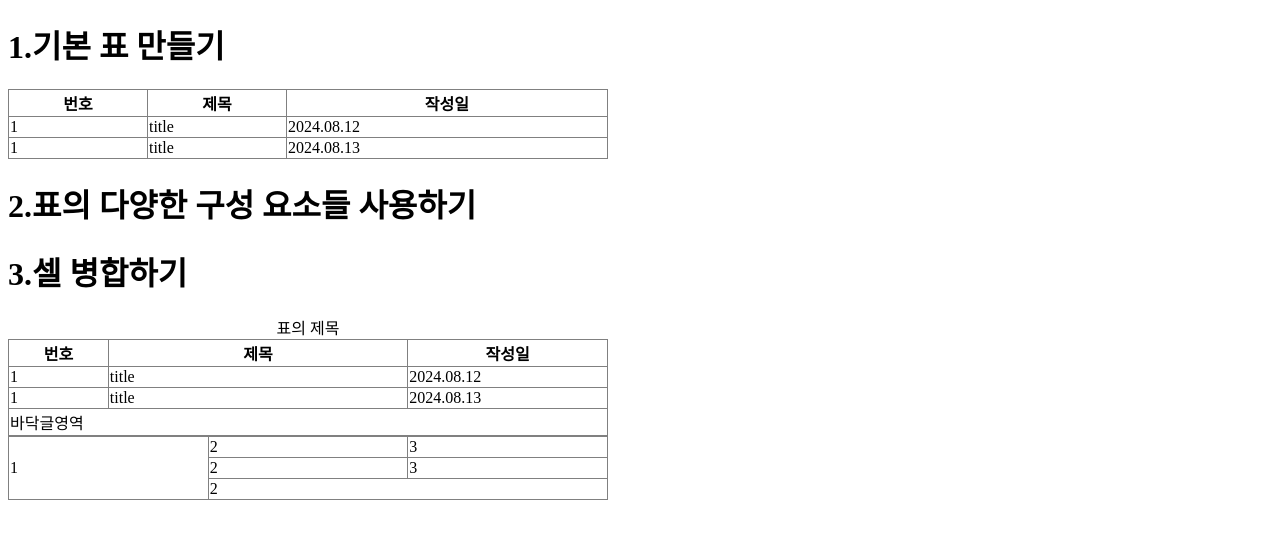
Repository: Junvelop/hkdevelope
Page: Downloads/back_end_edu20240624-master (1)/front_end_20240627/src/main/webapp/html05_표만들기.html
The author's editor kept a copy of each file at every save. The page is drawn from the files as they stood at one save, then again after the next save.
The browser window is 1280 px wide. The pictures show the whole page.

Above is the page before, as saved 2024-08-12 07:19:47.

### Downloads/back_end_edu20240624-master (1)/front_end_20240627/src/main/webapp/html05_표만들기.html
<!DOCTYPE html>
<html>
<head>
<meta charset="EUC-KR">
<title>html05_표만들기</title>
<style type = "text/css">
		table{border-collapse : collapse;}
		.tb{width:600px;}
</style>


</head>
<body>
<h1>1.기본 표 만들기</h1>
	<table border = "1" class = "tb">
		<tr>    <th>번호</th>   <th>제목</th>    <th>작성일</th>    </tr>
		<tr>    <td>1</td>   <td>title</td>    <td>2024.08.12</td>    </tr>
		<tr>    <td>1</td>   <td>title</td>    <td>2024.08.13</td>    </tr>
	</table>


<h1>2.표의 다양한 구성 요소들 사용하기</h1>
	<table border = "1" class = "tb">
		<caption>표의 제목 </caption>
		<col width = "100px"/> <col width = "300px"/> <col width = "200px"/>
		<thead>
		<tr>    <th>번호</th>   <th>제목</th>    <th>작성일</th>    </tr>  </thead>
	<tbody>	<tr>    <td>1</td>   <td>title</td>    <td>2024.08.12</td>    </tr>
		<tr>    <td>1</td>   <td>title</td>    <td>2024.08.13</td>    </tr>

	</tbody>

	<tfoot>
			<tr><td colspan = "3"> 바닥글영역 </td></tr>
	</tfoot>



<h1>3.셀 병합하기</h1>
	<table border = "1" class = "tb">
		<tr>    <td rowspan ="3">1</td>   <td>2</td>  <td>3</td> </tr>
		<tr>    <td>2</td>      <td>3</td>    </tr>
		<tr>    <td colspan ="2">2 </td>      </tr>
	</table>


	</table>


</body>
</html>

After the next save:
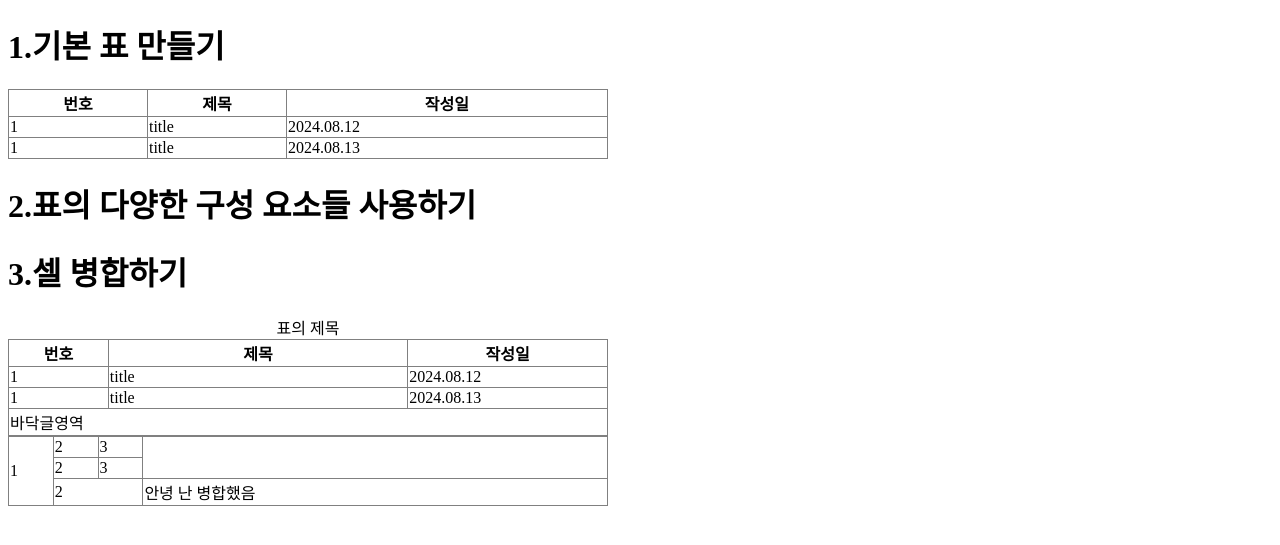
Saved 39 s later.
--- a/Downloads/back_end_edu20240624-master (1)/front_end_20240627/src/main/webapp/html05_표만들기.html
+++ b/Downloads/back_end_edu20240624-master (1)/front_end_20240627/src/main/webapp/html05_표만들기.html
@@ -40,7 +40,7 @@
 	<table border = "1" class = "tb">
 		<tr>    <td rowspan ="3">1</td>   <td>2</td>  <td>3</td> </tr>
 		<tr>    <td>2</td>      <td>3</td>    </tr>
-		<tr>    <td colspan ="2">2 </td>      </tr>
+		<tr>    <td colspan ="2">2 </td>   <td>안녕 난 병합했음</td>   </tr>
 	</table>
 
 
